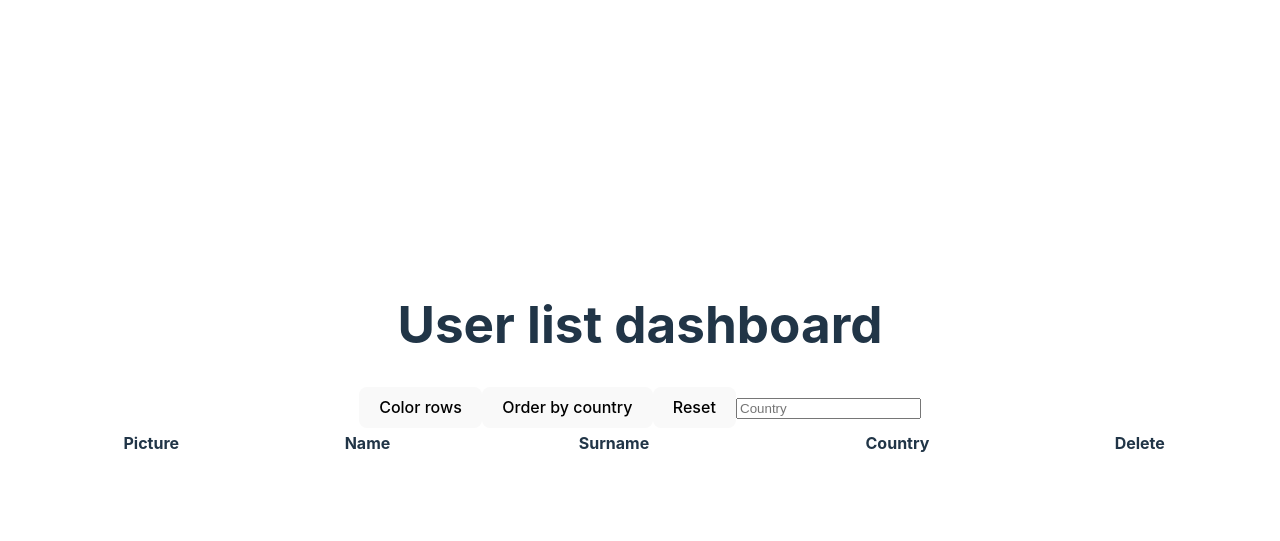
Repository: atzin-escandia/react-typescript-users-dashboard
Page: /
An editor plug-in stored every save of this project. The page is shown before and after the next save, followed by the edit.
The browser window is 1280 px wide. The pictures show the whole page.
The page's requests for data from a server got no answer. The project was rebuilt for these pictures with package versions that can differ from the ones it lists, and the page was loaded fresh each time. No one was signed in, and anything a server would have sent is missing. Also part of the build but not shown: vite.config.ts.

Above is the page before, as saved 2023-10-11 17:20:33.

### src/App.tsx
import { useEffect, useMemo, useRef, useState } from "react";
import "./App.css";
import UsersList from "./components/UsersList";
import { User } from "./types";

const API_URL = "https://randomuser.me/api/?results=100";
function App() {
  const [showColors, setShowColors] = useState(false);
  const [users, setUsers] = useState<User[]>([]);
  const [sortByCountry, setSortUsers] = useState(false);
  const [filterCountry, setValueSearch] = useState<null | string>(null);
  const originalUsers = useRef<User[]>([]);

  useEffect(() => {
    fetch(API_URL)
      .then((res) => res.json())
      .then((res) => {
        setUsers(res.results);
        originalUsers.current = res.results;
      });
  }, []);

  const handleReset = () => {
    setUsers(originalUsers.current);
  };

  const handleRemoveUser = (index: number) => {
    const newList = [...users].filter((_, i) => i !== index);
    setUsers(newList);
  };

  const filteredUsers = useMemo(() => {
    return filterCountry !== null && filterCountry.length > 0
      ? users.filter((user) =>
          user.location.country
            .toLowerCase()
            .includes(filterCountry.toLowerCase())
        )
      : [...users];
  }, [users, filterCountry]);

  const sortedUsers = useMemo(() => {
    return sortByCountry
      ? [...filteredUsers].sort((a, b) =>
          a.location.country.localeCompare(b.location.country)
        )
      : filteredUsers;
  }, [filteredUsers, sortByCountry]);

  return (
    <>
      <h1>User list dashboard</h1>
      <header>
        <button onClick={() => setShowColors(!showColors)}>Color rows</button>
        <button onClick={() => setSortUsers(!sortByCountry)}>
          {sortByCountry ? "Not order by country" : "Order by country"}
        </button>
        <button onClick={() => handleReset()}>Reset</button>
        <input
          type="text"
          placeholder="Country"
          onChange={(e) => setValueSearch(e.target.value)}
        />
      </header>

      <section className="card">
        {users && (
          <UsersList
            users={sortedUsers}
            removeUser={handleRemoveUser}
            showColors={showColors}
          ></UsersList>
        )}
      </section>
    </>
  );
}

export default App;

### src/index.css
:root {
  font-family: Inter, system-ui, Avenir, Helvetica, Arial, sans-serif;
  line-height: 1.5;
  font-weight: 400;

  color-scheme: light dark;
  color: rgba(255, 255, 255, 0.87);
  background-color: #242424;

  font-synthesis: none;
  text-rendering: optimizeLegibility;
  -webkit-font-smoothing: antialiased;
  -moz-osx-font-smoothing: grayscale;
  -webkit-text-size-adjust: 100%;
}

a {
  font-weight: 500;
  color: #646cff;
  text-decoration: inherit;
}
a:hover {
  color: #535bf2;
}

body {
  margin: 0;
  display: flex;
  place-items: center;
  min-height: 100vh;
}

h1 {
  font-size: 3.2em;
  line-height: 1.1;
}

button {
  border-radius: 8px;
  border: 1px solid transparent;
  padding: 0.6em 1.2em;
  font-size: 1em;
  font-weight: 500;
  font-family: inherit;
  background-color: #1a1a1a;
  cursor: pointer;
  transition: border-color 0.25s;
}
button:hover {
  border-color: #646cff;
}
button:focus,
button:focus-visible {
  outline: 4px auto -webkit-focus-ring-color;
}

@media (prefers-color-scheme: light) {
  :root {
    color: #213547;
    background-color: #ffffff;
  }
  a:hover {
    color: #747bff;
  }
  button {
    background-color: #f9f9f9;
  }
}

### src/App.css
#root {
  margin: 0 auto;
  padding: 2rem;
  text-align: center;
  width: 100%;
}

### src/components/UsersList.tsx
import { User } from "../types.d";

interface Props {
  users: User[];
  showColors: boolean;
  removeUser: (index: number) => void;
}

interface PropsUserList {
  user: User;
  color: boolean;
  index: number;
}

const UsersList = ({ users, showColors, removeUser }: Props) => {
  const TABLE_HEADER = ["Picture", "Name", "Surname", "Country", "Delete"];
  const UserRow = ({ user, color, index }: PropsUserList) => {
    const { picture, name, location } = user;
    const isEvenRow = index % 2 === 0;

    return (
      <tr style={{ backgroundColor: color && isEvenRow && "black" }}>
        <td>{<img src={picture.thumbnail} alt="Thumbnail user" />}</td>
        <td>{name.first}</td>
        <td>{name.last}</td>
        <td>{location.country}</td>
        <td>
          <button onClick={() => removeUser(index)}>Remove</button>
        </td>
      </tr>
    );
  };

  return (
    <table width="100%">
      <thead>
        <tr>
          {TABLE_HEADER.map((title: string, index: number) => (
            <th key={index}>{title}</th>
          ))}
        </tr>
      </thead>
      <tbody>
        {users &&
          users.map((user: User, index: number) => (
            <UserRow
              key={user.login.uuid}
              user={user}
              color={showColors}
              index={index}
            />
          ))}
      </tbody>
    </table>
  );
};

export default UsersList;

Loaded but not shown: index.html (common file); src/main.tsx (common file)

After the next save:
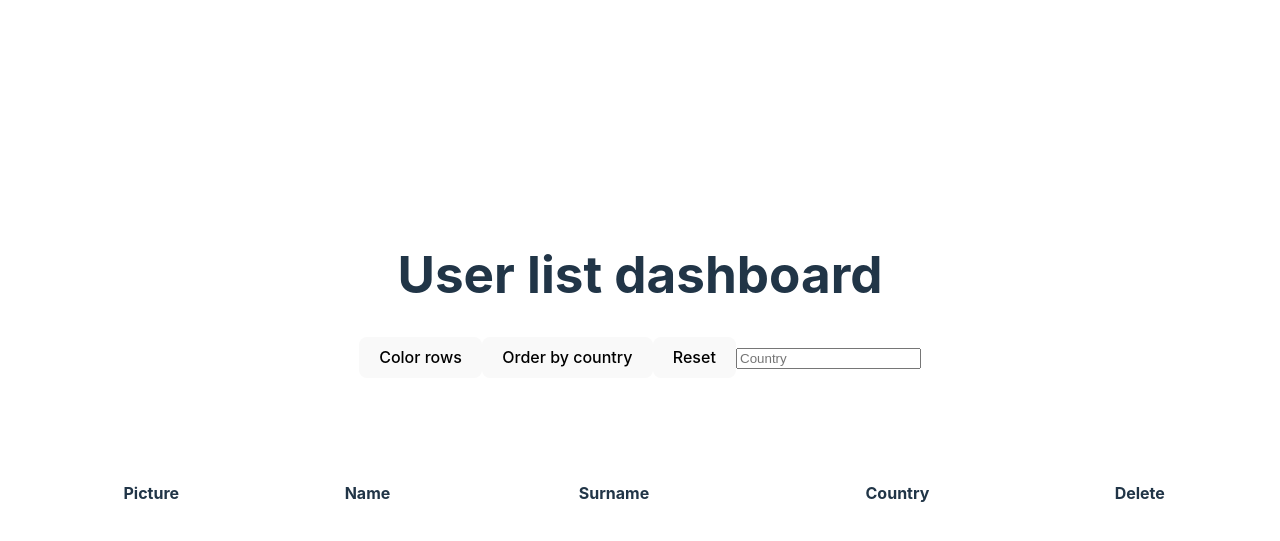
Saved 70 s later.
--- a/src/components/UsersList.tsx
+++ b/src/components/UsersList.tsx
@@ -32,7 +32,7 @@
   };
 
   return (
-    <table width="100%">
+    <table width="100%" style={{ marginTop: "100px" }}>
       <thead>
         <tr>
           {TABLE_HEADER.map((title: string, index: number) => (
